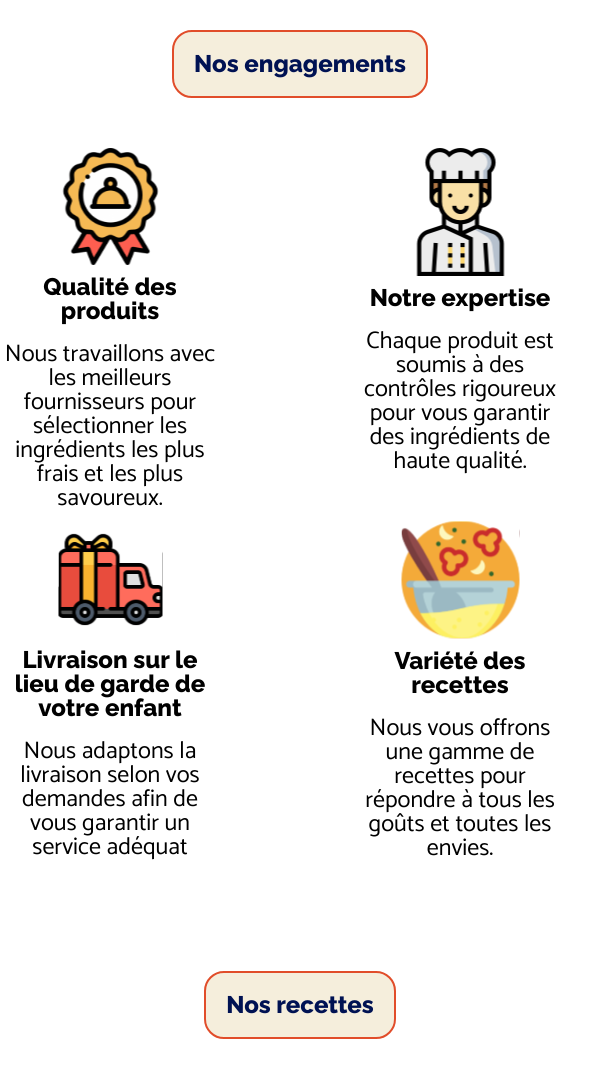
Repository: minus-team7/minus_team7
Page: minus_homepage.html
The author's editor kept a copy of each file at every save. The page is drawn from the files as they stood at one save, then again after a run of saves.
The browser window is 600 px wide. The pictures show the part of the page from y = 385 to 1454 px (the page is 6646 px tall).
A picture or video elsewhere on the page could not be fetched, so the positions and the page height are approximate.

Above is the page before, as saved 2023-02-13 09:47:08.

After the next 3 saves:
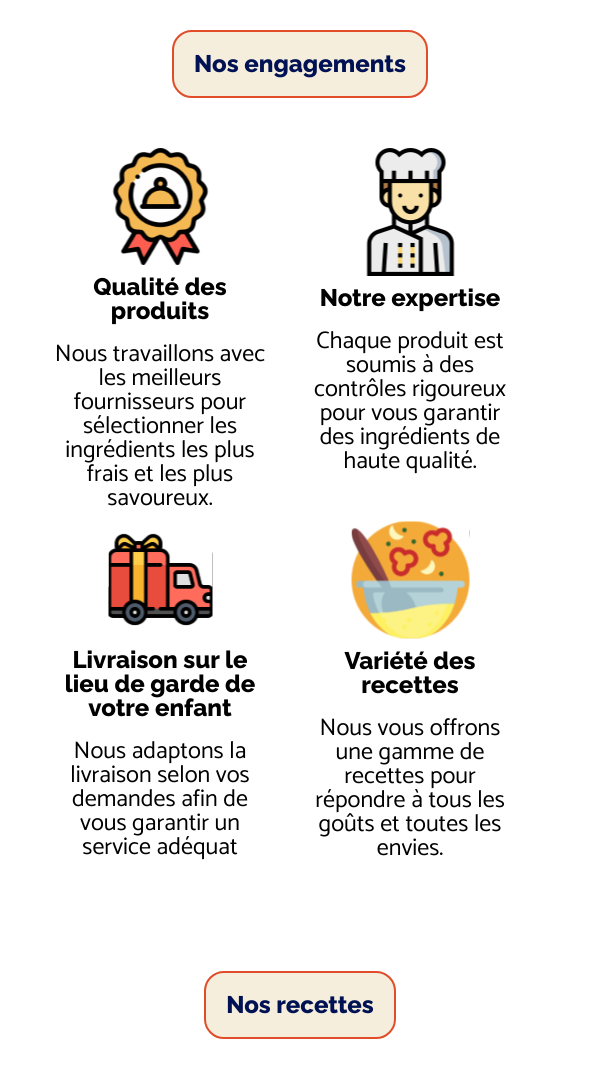
The 3 saves are shown as one change because they came seconds apart.
The last was saved 13 s later.
--- a/minus_homepage.css
+++ b/minus_homepage.css
@@ -161,6 +161,8 @@ h2{
         display: none;
     }
 
-    .nos-desserts, .nos-avis
+    .nos-desserts, .nos-avis, .nos-engagements{
+        justify-content: center;
+    }
 
 }
